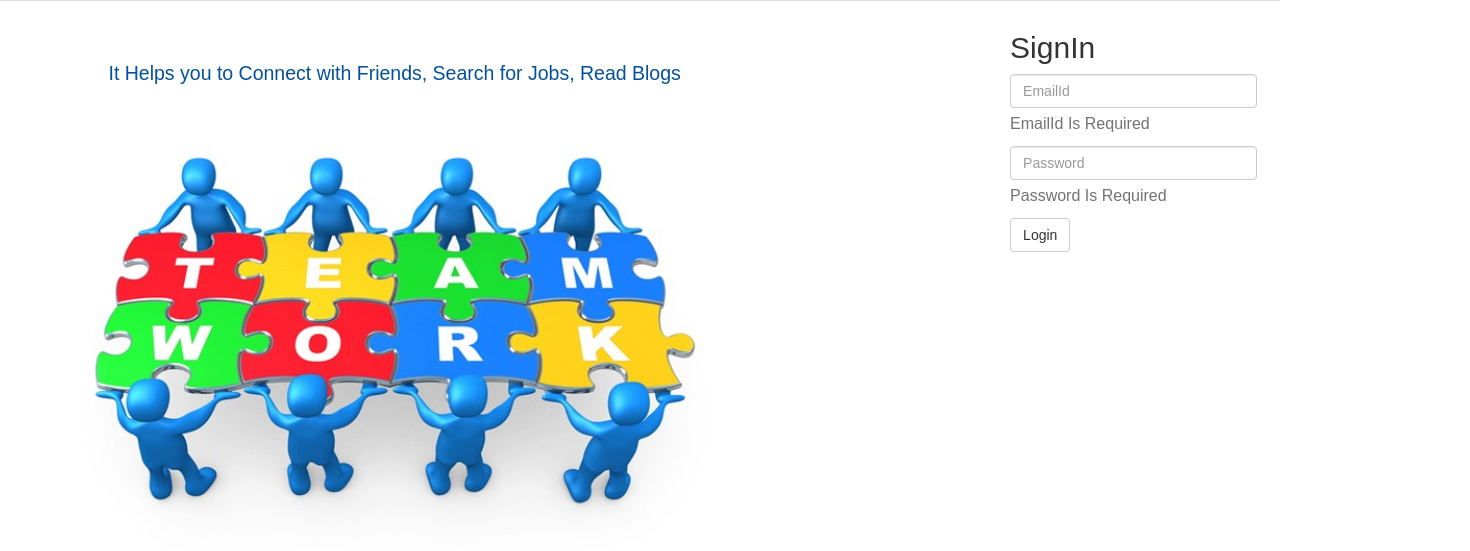
Repository: KaustubhKamat/CollaborationPlatform
Page: CollaborationFrontEnd/WebContent/c_user/login.html
An editor plug-in stored every save of this project. The page is shown before and after the next save, followed by the edit.
The browser window is 1280 px wide. The page is 1470 px wide, then 1430 px, so the pictures cover 1470 px, including what lies to the right of the window. The pictures show the whole page.
Some web libraries are served in a nearby version.

Above is the page before, as saved 2017-03-03 10:19:18.

After the next save:
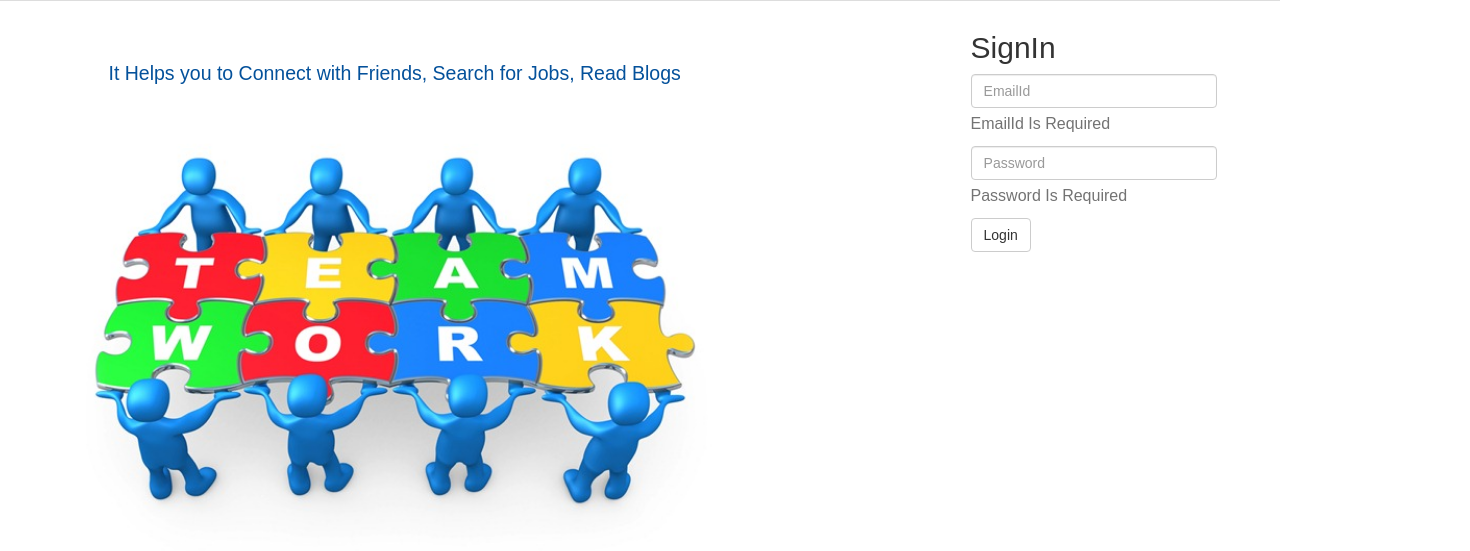
Saved 3 min 10 s later.
--- a/CollaborationFrontEnd/WebContent/c_user/login.html
+++ b/CollaborationFrontEnd/WebContent/c_user/login.html
@@ -59,23 +59,23 @@ body {
 <td width="30%" style="padding-top: 10px">
 
 		<div class="form-group">
-			<h2 class="col-sm-offset-5 col-sm-12 control-label">SignIn</h2>
+			<h2 class="col-sm-offset-4 col-sm-12 control-label">SignIn</h2>
 		</div>
 		<div class="form-group" ng-class="{'has-error' : form.emailId.$dirty && form.emailId.$error.required}">
-    <div class="col-sm-offset-5 col-sm-7">
+    <div class="col-sm-offset-4 col-sm-7">
       <input type="email" class="form-control" placeholder="EmailId" ng-model="ctrl.user.emailId" id="emailId" name="emailId" required>
       <span ng-show="form.emailId.$dirty && form.emailId.$error.required" class="help-block">EmailId Is Required</span>
     </div>
   </div>
 
   <div class="form-group" ng-class="{'has-error' : form.password.$dirty && form.password.$error.required}">
-    <div class="col-sm-offset-5 col-sm-7">
+    <div class="col-sm-offset-4 col-sm-7">
       <input type="password" class="form-control" placeholder="Password" ng-model="ctrl.user.password" id="password" name="password" required>
        <span ng-show="form.password.$dirty && form.password.$error.required" class="help-block">Password Is Required</span>
     </div>
   </div>
 		<div class="form-group">
-			<div class="col-sm-offset-5 col-sm-7">
+			<div class="col-sm-offset-4 col-sm-7">
 				<input type="hidden" name="${_csrf.parameterName}"
 					value="${_csrf.token}">
 				<button type="submit" class="btn btn-default">Login</button>
